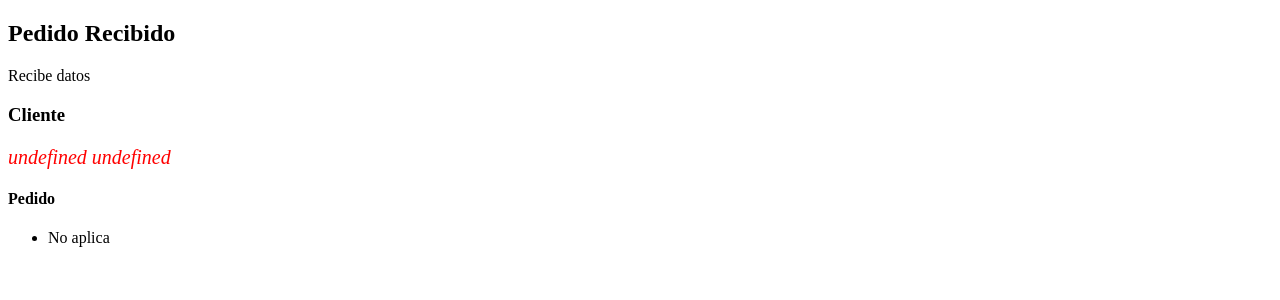
Repository: UVMCoyoacan/VEFY
Page: recibedatos.html
These files come from the project's save history. The page is drawn as it stood at one moment and after the next save; the edit follows.
The browser window is 1280 px wide. The pictures show the whole page.

Above is the page before, as saved 2024-03-01 11:29:06.
Console error: ReferenceError: ad1 is not defined

### recibedatos.html
<!DOCTYPE html>
<html>
	<head>
		<script type="text/javascript">
			function getUrlVars() { //SOLO CON GET//
			var vars = {};
			//AGARRA LA URL//
			var parts = window.location.href.replace(/[?&]+([^=&]+)=([^&]*)/gi,
				function (m, key, value) {
					if (vars[key]) {
						vars[key].push(value);
					} else {
						vars[key] = [value];
					}
				});
			console.log(vars);
			return vars;
		}

				var nombre = getUrlVars()["fname"];
				var apellido= getUrlVars()["lname"];
				var ops=0;
				var servicios=getUrlVars()["servicios"];

				alert("chk= " +ops+": "+ ad1);
		</script>
		<meta charset="UTF-8" />
	</head>
<body>

<h2>Pedido Recibido</h2>

<p>Recibe datos</p>

<h3> Cliente</h3>
<p id="Nombre">    </p>

<h4>Pedido</h4>
<p id="detalle">   </p>

<script>
	var pnom=document.getElementById("Nombre");
	var dclient=document.getElementById("detalle");
	pnom.innerHTML="<i>" + nombre + " " + apellido +"</i>";
	pnom.style="color:red;font-size:20px";

	const lista = document.createElement("ul");

		if (servicios) {
			servicios = servicios.map(decodeURIComponent);

			for (i = 0; i < servicios.length; i++) {
				const elemento = document.createElement("li");
				let txt = null;
				switch (servicios[i]) {
					case "servicio1":
						txt = document.createTextNode("Desarrollo de sitio webs personalizados.");
						break;
					case "servicio2":
						txt = document.createTextNode("Diseño web responsivo y adaptativo.");
						break;
					case "servicio3":
						txt = document.createTextNode("Optimización para motores de búsqueda (CEO).");
						break;
					case "servicio4":
						txt = document.createTextNode("Integración de sistemas de gestión de contenido (CMS).");
						break;
					case "servicio5":
						txt = document.createTextNode("Desarrollo de tiendas en línea (e-commerce).");
						break;
					case "servicio6":
						txt = document.createTextNode("Migración y actualización de sitios web existentes.");
						break;
					case "servicio7":
						txt = document.createTextNode("Matenimiento y soporte técnico contínuo.");
						break;
					case "servicio8":
						txt = document.createTextNode("Implementación y configuración de equipos de red Cisco, como Routers y Switches.");
						break;
					case "servicio9":
						txt = document.createTextNode("Diseño de redes seguras.");
						break;
				}
				if (txt) {
					elemento.appendChild(txt);
					lista.appendChild(elemento);
				}
			}
			dclient.appendChild(lista);
		} else {
			dclient.innerHTML += "<ul><li>No aplica</li></ul>";
		}


</script>


</body>
</html>

After the next save:
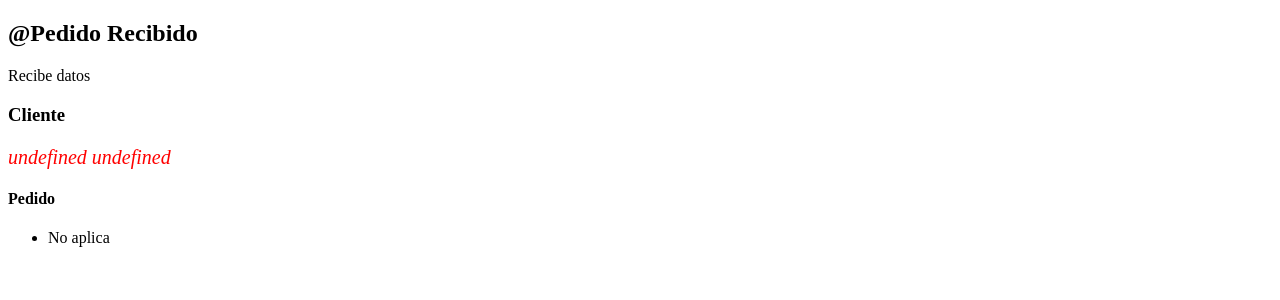
Saved 6 s later.
--- a/recibedatos.html
+++ b/recibedatos.html
@@ -28,7 +28,7 @@
 	</head>
 <body>
 
-<h2>Pedido Recibido</h2>
+<h2>@Pedido Recibido</h2>
 
 <p>Recibe datos</p>
 
